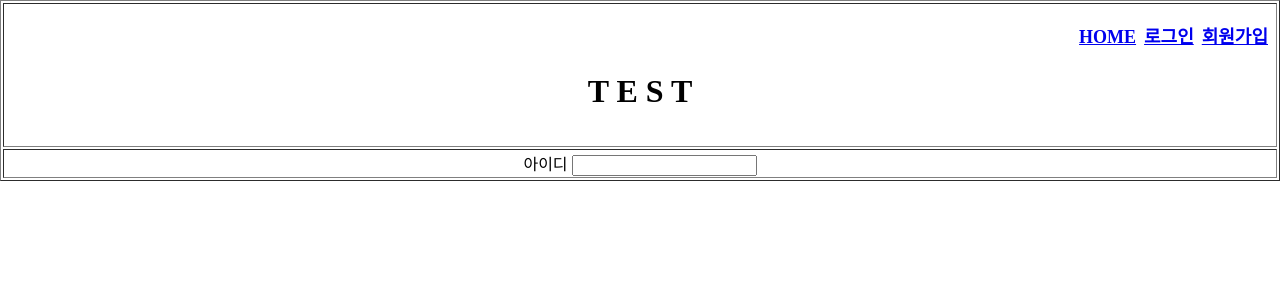
Repository: CHANGMAN-LEE/Java_ee
Page: http://localhost/test/test/loginForm.jsp
The author's editor kept a copy of each file at every save. The page is drawn from the files as they stood at one save, then again after the next save.
The browser window is 1280 px wide. The pictures show the whole page.
The page is served by Tomcat 9.

Above is the page before, as saved 2020-07-09 06:23:37.

After the next save:
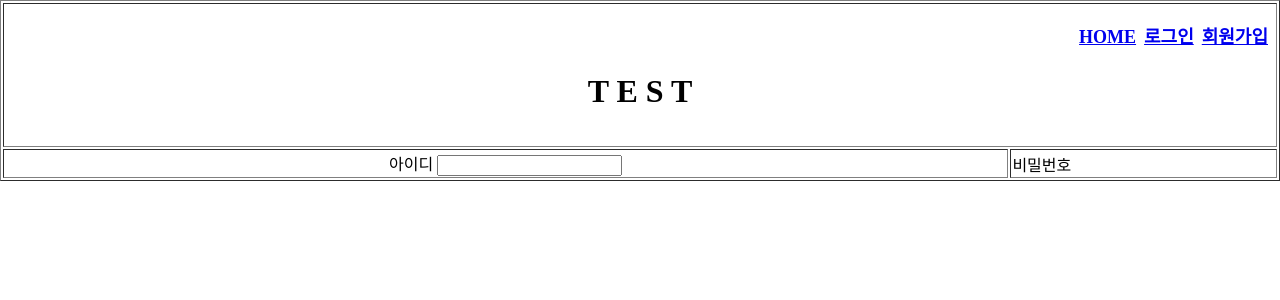
Saved 26 s later.
--- a/workspace/test/WebContent/test/loginForm.jsp
+++ b/workspace/test/WebContent/test/loginForm.jsp
@@ -20,6 +20,10 @@
 			<div class="idDiv"></div>
 		</td>
 
+		<td>
+			비밀번호
+		</td>
+
 	</tr>
 </table>
 </body>
